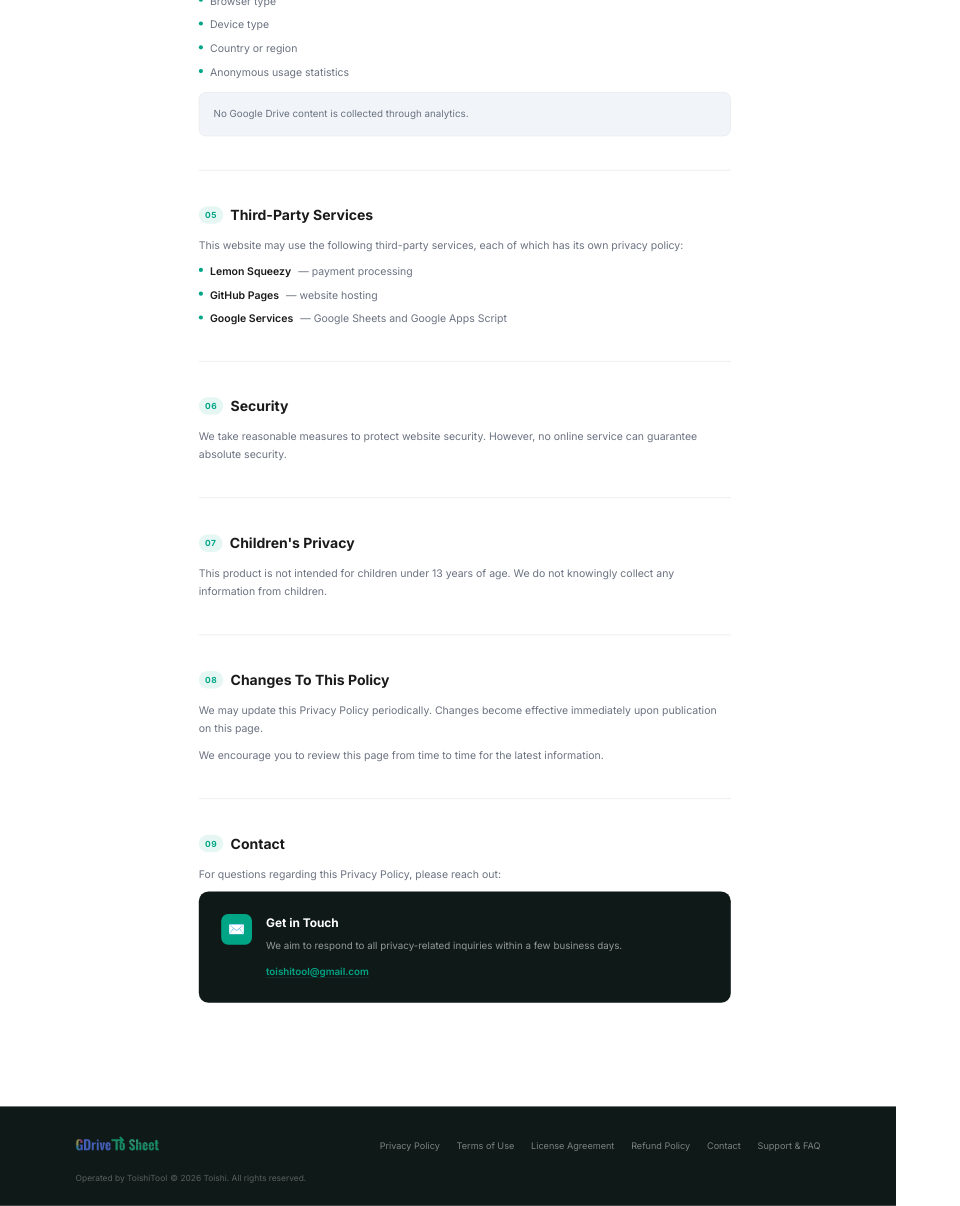
Repository: toishitool/gdrive-to-sheet
Page: privacy-policy.html
An editor plug-in stored every save of this project. The page is shown before and after the next save, followed by the edit.
The browser window is 1280 px wide. The page is 1372 px wide, so the pictures cover 1372 px, including what lies to the right of the window. The pictures show the part of the page from y = 1441 to 3201 px (the page is 3164 px tall before and 3201 px after), at 70% of full size.

Above is the page before, as saved 2026-06-21 13:54:24.

### privacy-policy.html
<!DOCTYPE html>
<html lang="en" class="scroll-smooth">
<head>
  <meta charset="UTF-8" />
  <meta name="viewport" content="width=device-width, initial-scale=1.0" />
  <title>Privacy Policy – GDrive To Sheet</title>
  <meta name="description" content="Privacy Policy for GDrive To Sheet. Learn how we handle your data — spoiler: we don't collect any." />
  <meta name="robots" content="noindex" />
  <link rel="canonical" href="https://toishitool.github.io/gdrive-to-sheet/privacy-policy.html" />

  <link rel="preconnect" href="https://fonts.googleapis.com" />
  <link rel="preconnect" href="https://fonts.gstatic.com" crossorigin />
  <link href="https://fonts.googleapis.com/css2?family=Inter:wght@300;400;500;600;700;800&display=swap" rel="stylesheet" />

  <link rel="stylesheet" href="style.css">
</head>
<body>

<nav class="global-nav" aria-label="Main navigation">
  <div class="nav-inner">
    <a href="index.html" class="nav-logo">
      <img src="images/logo_gdrivetosheet.png" alt="GDrive To Sheet" />
    </a>
    <a href="index.html" class="nav-back">
      <svg width="14" height="14" fill="none" stroke="currentColor" stroke-width="2.5" viewBox="0 0 24 24"><polyline points="15 18 9 12 15 6"/></svg>
      Back to Home
    </a>
  </div>
</nav>

<main>
  <div class="page-wrap">

    <header class="page-header">
      <span class="eyebrow">Legal</span>
      <h1>Privacy Policy</h1>
      <div class="meta">
        <span>GDrive To Sheet</span>
        <span class="meta-dot">·</span>
        <span id="last-updated">Last updated: —</span>
      </div>
    </header>

    <div class="intro-block">
      <span class="icon">🔒</span>
      <p>Thank you for using <strong>GDrive To Sheet</strong>. Your privacy is important to us. This policy explains what data we do — and do not — collect, and how the product operates with respect to your files.</p>
    </div>

    <div class="content-layout">

      <div class="main-content">
        <div class="policy-section" id="s1">
          <h2><span class="section-num">01</span>Information We Collect</h2>
          <p>GDrive To Sheet does not collect, store, transmit, or sell personal files or Google Drive contents.</p>
          <p>The product operates directly within the user's own Google Account through Google Apps Script and Google Sheets.</p>
          <p>We do not operate any external processing servers for file analysis.</p>
        </div>
        <div class="section-divider"></div>

        <div class="policy-section" id="s2">
          <h2><span class="section-num">02</span>Google Drive Access</h2>
          <p>The product requires Google permissions solely to:</p>
          <ul>
            <li>Read folder and file metadata</li>
            <li>Generate folder structure exports</li>
            <li>Create spreadsheet outputs within the user's Google account</li>
          </ul>
          <div class="highlight-card">
            <p>The tool does <strong>not</strong> upload file contents to any external server. All processing happens within your Google account.</p>
          </div>
        </div>
        <div class="section-divider"></div>

        <div class="policy-section" id="s3">
          <h2><span class="section-num">03</span>Data Storage</h2>
          <p>All generated data remains within the user's Google account.</p>
          <p>We do not maintain a database containing exported file structures or any user-generated content.</p>
        </div>
        <div class="section-divider"></div>

        <div class="policy-section" id="s4">
          <h2><span class="section-num">04</span>Analytics</h2>
          <p>The website may use basic analytics tools to understand website traffic and improve the product experience. Such analytics may collect:</p>
          <ul>
            <li>Browser type</li>
            <li>Device type</li>
            <li>Country or region</li>
            <li>Anonymous usage statistics</li>
          </ul>
          <div class="highlight-card">
            <p>No Google Drive content is collected through analytics.</p>
          </div>
        </div>
        <div class="section-divider"></div>

        <div class="policy-section" id="s5">
          <h2><span class="section-num">05</span>Third-Party Services</h2>
          <p>This website may use the following third-party services, each of which has its own privacy policy:</p>
          <ul>
            <li><strong>Lemon Squeezy</strong> — payment processing</li>
            <li><strong>GitHub Pages</strong> — website hosting</li>
            <li><strong>Google Services</strong> — Google Sheets and Google Apps Script</li>
          </ul>
        </div>
        <div class="section-divider"></div>

        <div class="policy-section" id="s6">
          <h2><span class="section-num">06</span>Security</h2>
          <p>We take reasonable measures to protect website security. However, no online service can guarantee absolute security.</p>
        </div>
        <div class="section-divider"></div>

        <div class="policy-section" id="s7">
          <h2><span class="section-num">07</span>Children's Privacy</h2>
          <p>This product is not intended for children under 13 years of age. We do not knowingly collect any information from children.</p>
        </div>
        <div class="section-divider"></div>

        <div class="policy-section" id="s8">
          <h2><span class="section-num">08</span>Changes To This Policy</h2>
          <p>We may update this Privacy Policy periodically. Changes become effective immediately upon publication on this page.</p>
          <p>We encourage you to review this page from time to time for the latest information.</p>
        </div>
        <div class="section-divider"></div>

        <div class="policy-section" id="s9">
          <h2><span class="section-num">09</span>Contact</h2>
          <p>For questions regarding this Privacy Policy, please reach out:</p>
          <div class="contact-block">
            <div class="cicon">✉️</div>
            <div>
              <h3>Get in Touch</h3>
              <p>We aim to respond to all privacy-related inquiries within a few business days.</p>
              <a href="mailto:toishitool@gmail.com">toishitool@gmail.com</a>
            </div>
          </div>
        </div>
      </div>

      <input type="checkbox" id="toc-toggle" class="toc-trigger-input" />

      <label for="toc-toggle" class="toc-trigger-btn" aria-label="Toggle contents menu">
        <svg class="icon-open" width="22" height="22" fill="none" stroke="currentColor" stroke-width="2.5" viewBox="0 0 24 24">
          <line x1="3" y1="12" x2="21" y2="12"></line>
          <line x1="3" y1="6" x2="21" y2="6"></line>
          <line x1="3" y1="18" x2="21" y2="18"></line>
        </svg>
        <svg class="icon-close" width="22" height="22" fill="none" stroke="currentColor" stroke-width="2.5" viewBox="0 0 24 24">
          <line x1="18" y1="6" x2="6" y2="18"></line>
          <line x1="6" y1="6" x2="18" y2="18"></line>
        </svg>
      </label>

      <nav class="toc" aria-label="Table of contents">
        <h3>Contents</h3>
        <ol>
          <li><a href="#s1" onclick="document.getElementById('toc-toggle').checked = false;">Information We Collect</a></li>
          <li><a href="#s2" onclick="document.getElementById('toc-toggle').checked = false;">Google Drive Access</a></li>
          <li><a href="#s3" onclick="document.getElementById('toc-toggle').checked = false;">Data Storage</a></li>
          <li><a href="#s4" onclick="document.getElementById('toc-toggle').checked = false;">Analytics</a></li>
          <li><a href="#s5" onclick="document.getElementById('toc-toggle').checked = false;">Third-Party Services</a></li>
          <li><a href="#s6" onclick="document.getElementById('toc-toggle').checked = false;">Security</a></li>
          <li><a href="#s7" onclick="document.getElementById('toc-toggle').checked = false;">Children's Privacy</a></li>
          <li><a href="#s8" onclick="document.getElementById('toc-toggle').checked = false;">Changes To This Policy</a></li>
          <li><a href="#s9" onclick="document.getElementById('toc-toggle').checked = false;">Contact</a></li>
        </ol>
      </nav>

    </div>
    </div>
</main>

<div id="footer-container"></div>
<script src="js/common.js"></script>


<script>
  // Auto date
  const d = new Date();
  const formatted = d.toLocaleDateString('en-US', { year: 'numeric', month: 'long', day: 'numeric' });
  document.getElementById('last-updated').textContent = 'Last updated: ' + formatted;
</script>

</body>
</html>

### footer.html
<footer role="contentinfo" style="margin-top: 0;">
  <div class="container">
    <div class="footer-inner">
      <!-- 1. ロゴ -->
      <a href="index.html" class="footer-logo">
        <img src="images/logo_gdrivetosheet_dk.png" alt="GDrive To Sheet" />
      </a>

      <div class="footer-links">
        <a href="privacy-policy.html">Privacy Policy</a>
        <a href="terms.html">Terms of Use</a>
        <a href="license.html">License Agreement</a>
        <a href="refund-policy.html">Refund Policy</a>
        <a href="contact.html">Contact</a>
        <a href="support.html">Support &amp; FAQ</a>
      </div>

      <div class="footer-bottom-text">
        <span class="footer-copy">Operated by ToishiTool</span>
        <span class="footer-copy">© 2026 Toishi. All rights reserved.</span>
      </div>
    </div>
  </div>
</footer>

Loaded but not shown: js/common.js (5 lines, source omitted); style.css (2865 lines, source omitted)

After the next save:
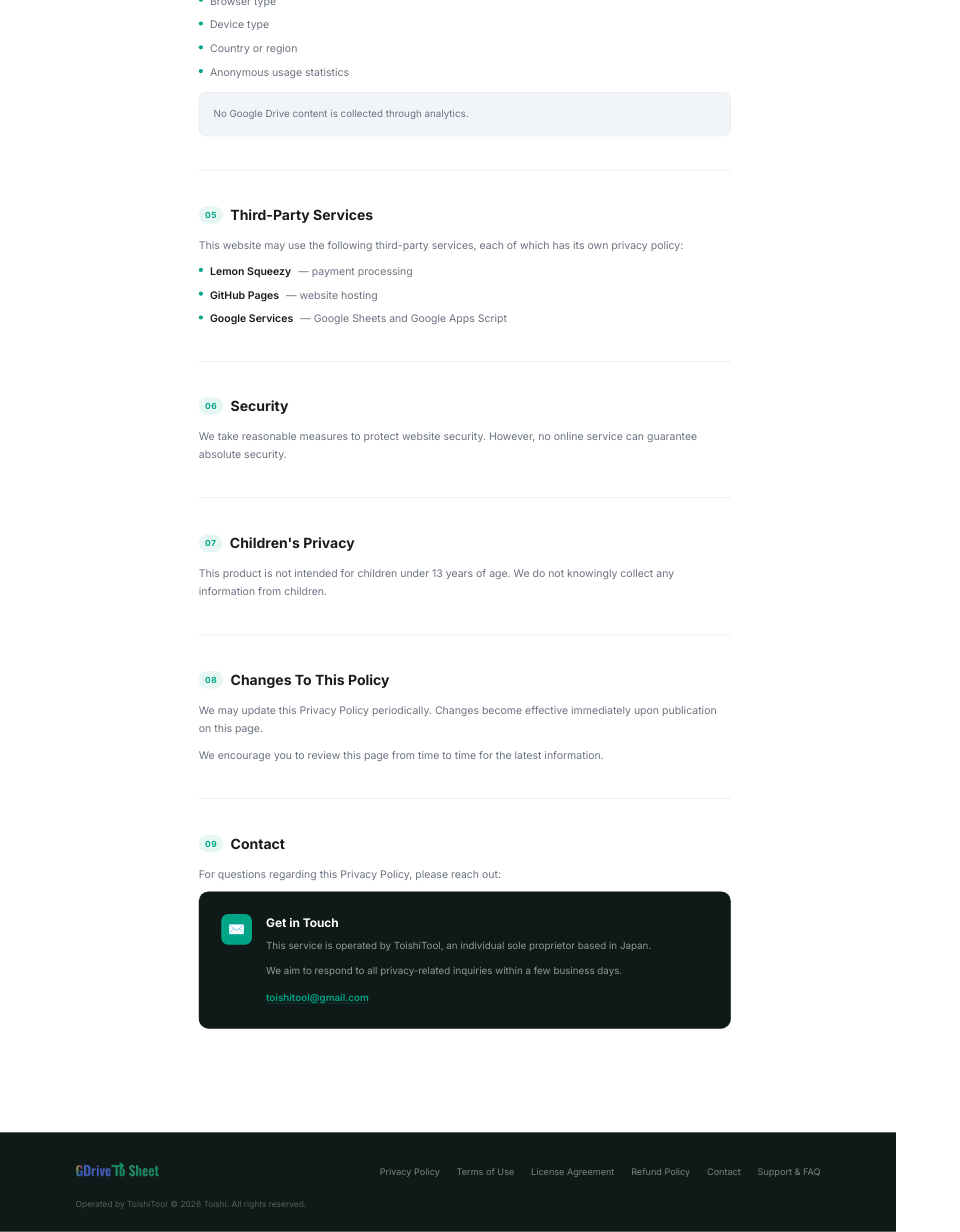
Saved 2 min 52 s later.
--- a/privacy-policy.html
+++ b/privacy-policy.html
@@ -130,6 +130,7 @@
             <div class="cicon">✉️</div>
             <div>
               <h3>Get in Touch</h3>
+              <p>This service is operated by ToishiTool, an individual sole proprietor based in Japan.</p>
               <p>We aim to respond to all privacy-related inquiries within a few business days.</p>
               <a href="mailto:toishitool@gmail.com">toishitool@gmail.com</a>
             </div>
